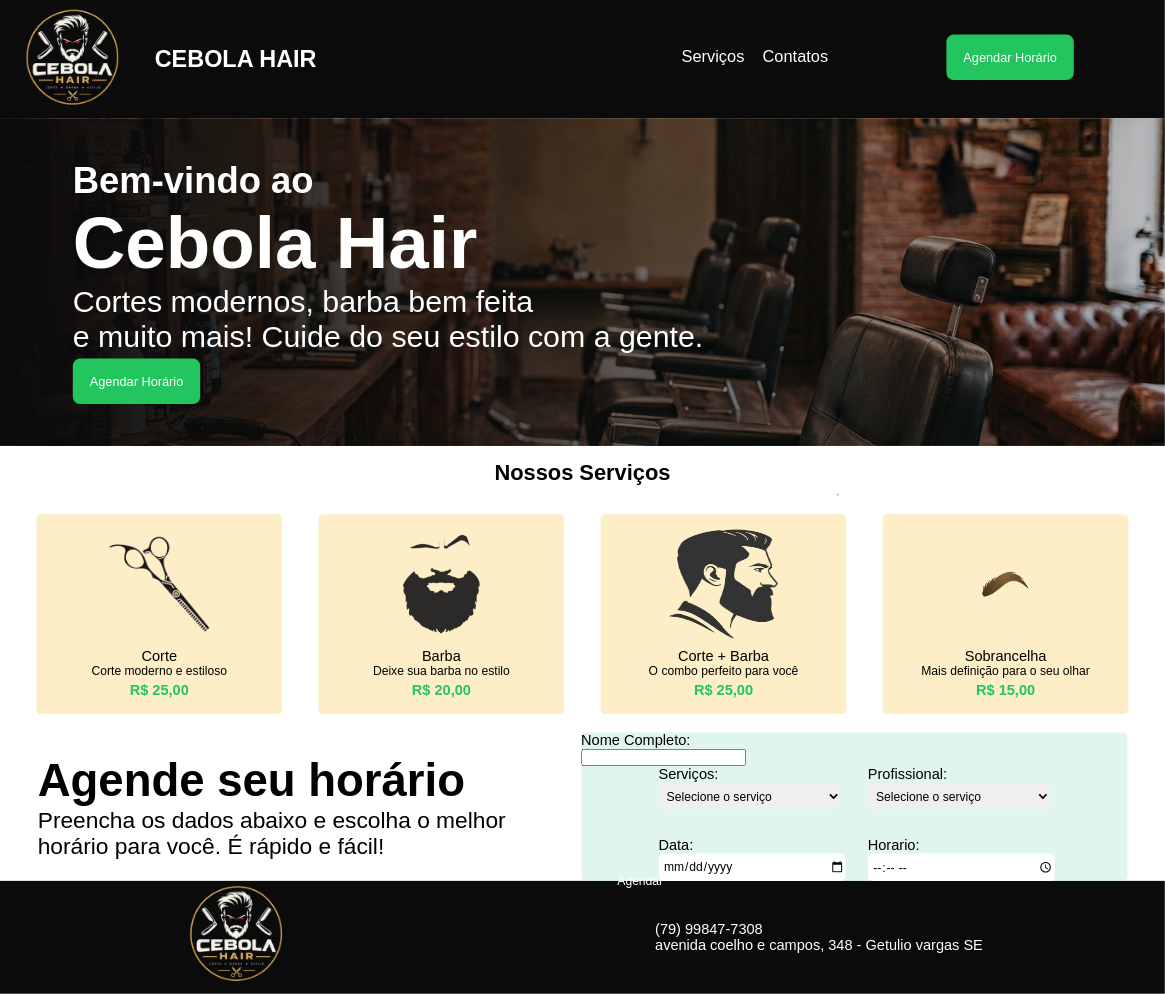
Repository: antonymsantana-design/final.activitie1
Page: index.html
These files come from the project's save history. The page is drawn as it stood at one moment and after the next save; the edit follows.
The browser window is 1280 px wide. The pictures show the whole page, at 91% of full size.

Above is the page before, as saved 2026-09-15 19:48:28.

### index.html
<!doctype html>
<html lang="pt-br">
  <head>
    <meta charset="UTF-8" />
    <meta name="viewport" content="width=device-width, initial-scale=1.0" />
    <title>Cebola Hair</title>
    <link rel="stylesheet" href="style.css" />
    <script src="../final.activitie1/script.js" defer></script>
  </head>
  <header>
    <div class="conteudoH" id="conteudoH">
      <div class="imagem" id="imagem">
        <img
          src="image/logoC.png"
          alt="logo"
          class="logoIMG"
          id="logoIMG"
        />
        <h3 class="logoH">CEBOLA HAIR</h3>
      </div>
      <div class="direitaH">
        <div class="links" id="links">
          <a href="#" class="aLinks">Serviços</a>
          <a href="#" class="aLinks">Contatos</a>
        </div>
        <div class="btnDiv" id="btnDiv">
          <button class="btn" id="btn">
            <div class="btnTxt" id="btnTxt">
              <p>Agendar Horário</p>
            </div>
          </button>
        </div>
      </div>
    </div>
  </header>

  <body>
    <div class="conteudo">
      <div class="texto">
        <h4>Bem-vindo ao</h4>
        <h1>Cebola Hair</h1>
        <small
          >Cortes modernos, barba bem feita <br />
          e muito mais! Cuide do seu estilo com a gente.</small
        >
        <button class="btn" id="btn">
          <div class="btnTxt" id="btnTxt">
            <p>Agendar Horário</p>
          </div>
        </button>
      </div>
    </div>

    <h2 class="Our">Nossos Serviços</h2>
    <hr />

    <div class="cards">
      <div class="card">
        <img src="image/corte.webp" alt="tisora" class="icone" />
        <p>Corte</p>
        <small>Corte moderno e estiloso</small>
        <h4>R$ 25,00</h4>
      </div>
      <div class="card">
        <img src="image/barba(png).png" alt="tisora" class="icone" />
        <p>Barba</p>
        <small>Deixe sua barba no estilo</small>
        <h4>R$ 20,00</h4>
      </div>
      <div class="card">
        <img src="image/barba+corte(png).png" alt="tisora" class="icone" />
        <p>Corte + Barba</p>
        <small>O combo perfeito para você</small>
        <h4>R$ 25,00</h4>
      </div>
      <div class="card">
        <img
          src="image/Design sem nome.png"
          alt="tisora"
          class="icone"
        />
        <p>Sobrancelha</p>
        <small>Mais definição para o seu olhar</small>
        <h4>R$ 15,00</h4>
      </div>
    </div>

    <div class="agendar" id="agendar">
      <div class="esq">
        <h1>Agende seu horário</h1>
        <p>
          Preencha os dados abaixo e escolha o melhor <br />
          horário para você. É rápido e fácil!
        </p>
      </div>

      <div class="form">
        <label for="nome">Nome Completo:</label><br/>
        <input type="text" name="nome" id="nome" /><br/>

         <div class="quadrado">
        <div class="1">
          <label for="serv">Serviços:</label>
          <select name="serv" id="serv" class="formu">
            <option value="">Selecione o serviço</option>
            <option value="corte">Corte</option>
            <option value="barba">Barba</option>
            <option value="cort+barba">Corte + Barba</option>
            <option value="sobrancelha">Sobrancelha</option>
          </select>
          </div>

          <div class="2">
            <label for="prof">Profissional:</label>
            <select name="prof" id="prof" class="formu">
              <option value="">Selecione o serviço</option>
              <option value="cebola">Cebola</option>
            </select>
            </div>
            <div class="3">
              <label for="data">Data:</label> <br>
              <input type="date" name="data" id="data" class="formu"/>
            </div>
            <div class="4">
              <label for="hora">Horario:</label> <br>
              <input type="time" name="hora" id="hora" class="formu"/>
            </div>
          </div>
           <button type="button" class="agendarbtn">Agendar</button>
          </div>
      </div>
    </div>
  </body>
  <footer>
    <div class="direita">
      <img
        src="image/logoC.png"
        alt="logo"
        class="logoIMG"
        id="logoIMG"
      />
    </div>

    <div class="esquerda">
      <p>(79) 99847-7308</p>
      <p>avenida coelho e campos, 348 - Getulio vargas SE</p>
    </div>
  </footer>
</html>

### style.css
* {
    padding: 0px;
    margin: 0px;
    font-family: Arial, Helvetica, sans-serif;
}

header {
    background-color: #0B0B0B;
    height: 130px;
}

small {
    padding-bottom: 5px;
}

.conteudoH {
    display: flex;
    justify-content: space-between;
    padding-right: 100px;
    align-items: center;
}

.imagem {
    margin-left: 20px;
    margin-top: 5px;
    display: flex;
    justify-content: center;
    align-items: center;
    gap: 30px;
    font-weight: 600;
    font-size: 22px;
}

.logoIMG {
    width: 120px;
    height: 120px;
    cursor: pointer;
}

.logoH {
    color: white;

}

.links {
    display: flex;
    gap: 20px;
    justify-content: center;
    padding-right: 130px;
    font-size: 18px;
}

.links a {
    text-decoration: none;
    color: white;
    transition: 0.5s ease;
}

.aLinks:hover {
    transform: translateY(-5px);
    box-shadow: 0 4px 10px rgba(0, 0, 0, 0.15);
    background-color: #F0C56A;
    color: #F5F5F5;
    border-radius: 5px;
    width: 120px;
    height: 30px;
    display: flex;
    justify-content: center;
    align-items: center;
}

.btnDiv {
    display: flex;
}

.btn {
    display: flex;
    justify-content: center;
    width: 140px;
    height: 50px;
    background-color: #22C55E;
    border: none;
    color: white;
    align-items: center;
    border-radius: 8px;
    transition: 0.3s ease;
    cursor: pointer;
    font-size: 14px;
}

.btn:hover {
    transform: translateY(-5px);
    box-shadow: 0 8px 15px rgba(0, 0, 0, 0.4);
}

.direitaH {
    display: flex;
    justify-content: center;
    align-items: center;
}

.conteudo {
    background-image: url(image/Gemini_Generated_Image_hbetqjhbetqjhbet.jpg);
    background-repeat: no-repeat;
    background-size: cover;
    background-position: center;
    height: 50vh;
    color: white;
}

.texto {
    padding-left: 80px;
    font-size: 40px;
    display: flex;
    flex-direction: column;
    justify-content: center;
    height: 50vh;
    background: linear-gradient(to right, #0B0B0B, #15151531);

}

.card {
    background-color: #FDEEC7;
    width: 270px;
    height: 220px;
    display: flex;
    flex-direction: column;
    justify-content: center;
    align-items: center;
    border-radius: 5px;
}

.cards {
    display: flex;
    justify-content: center;
    gap: 40px;
    padding-top: 20px;
    padding-bottom: 20px;
}

.card h4 {
    color: #22C55E;
}

.icone {
    width: 120px;
    height: 120px;
    padding-bottom: 10px;
}

.Our {
    padding-top: 15px;
    text-align: center;
    padding-bottom: 10px;
}

hr {
    color: #22C55E;
    text-align: center;
    margin-left: 920px;
    margin-right: 920px;
}

.agendar{
    display: flex;
    justify-content: space-around;
    align-items: center;
}

.form{
    background-color: rgba(201, 238, 227, 0.568);
    width: 600px;
    border-radius: 5px;
}
.quadrado{
    display: grid;
    justify-content: center;
    grid-template-columns: repeat(2, 200px);
    gap: 30px;
}

.esq {
    font-size: 25px;
}

footer{
    display: flex;
    justify-content: space-around;
    align-items: center;
    background-color: #0B0B0B;
    color: white;
}

.formu{
    width: 200px;
    height: 30px;
    border-radius: 5px;
    border: none;
    padding-left: 5px;
}

.agendarbtn{
    display: flex;
    justify-content: center;
    align-items: center;
    width: 130px;
    height: 0px;
    background-color: #22C55E;
    border: none;
    color: white;
    border-radius: 8px;
    transition: 0.3s ease;
    cursor: pointer;
}

.agendarbtn:hover {
    transform: translateY(-5px);
}

Loaded but not shown: script.js (no copy from this time; the picture is the same without it)

After the next save:
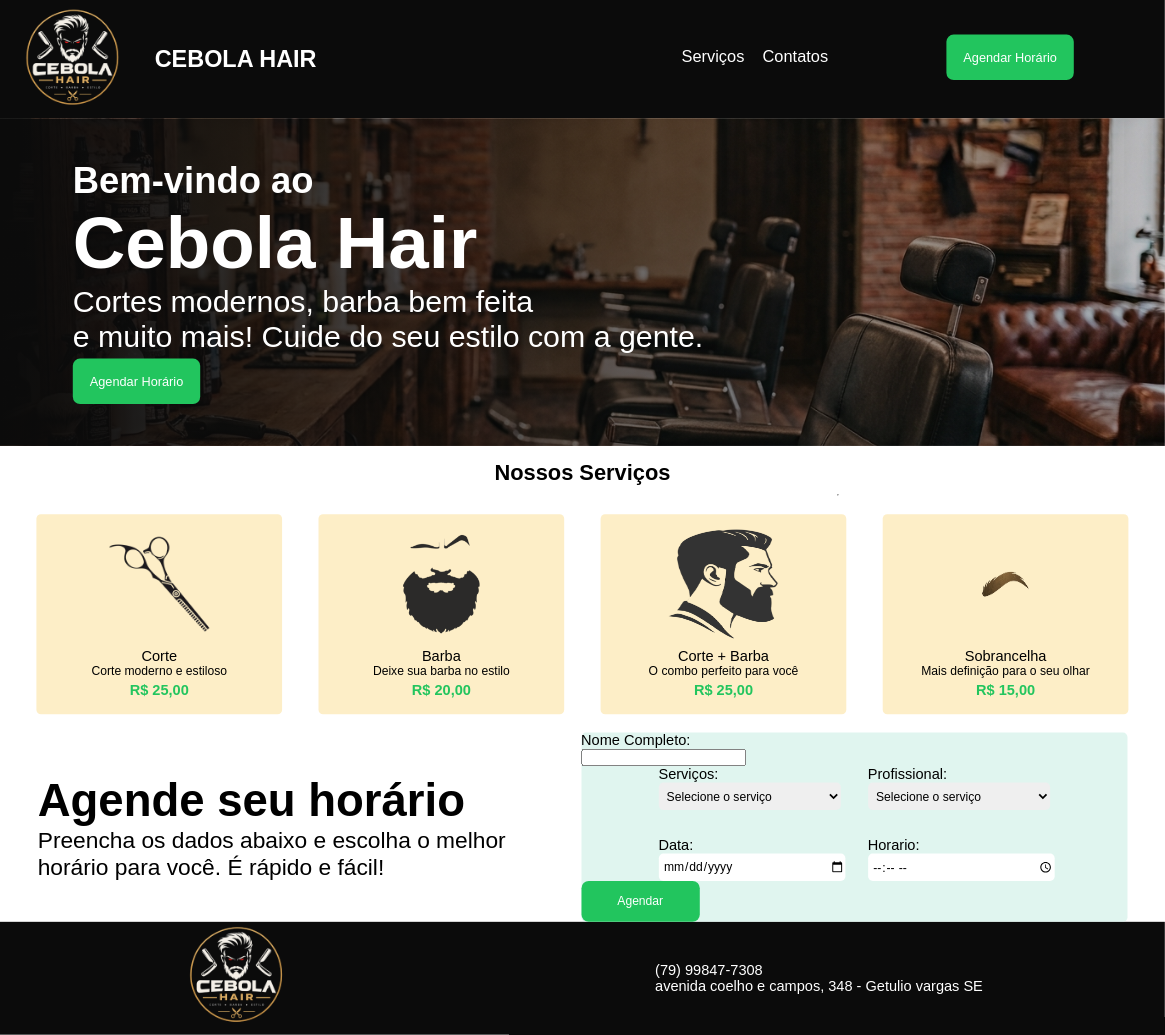
Saved 4 s later.
--- a/style.css
+++ b/style.css
@@ -204,7 +204,7 @@ footer{
     justify-content: center;
     align-items: center;
     width: 130px;
-    height: 0px;
+    height: 45px;
     background-color: #22C55E;
     border: none;
     color: white;
